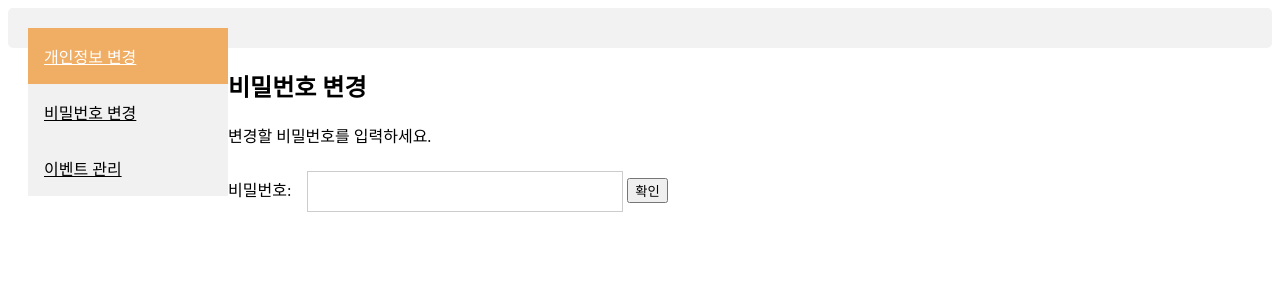
Repository: kdw0937/UdongProject
Page: http://localhost/matjib2/jsp/pass.jsp
These files come from the project's save history. The page is drawn as it stood at one moment and after a run of saves; the edit follows.
The browser window is 1280 px wide. The pictures show the whole page.
The page is served by Tomcat 9.

Above is the page before, as saved 2021-01-21 16:13:10.

After the next 2 saves:
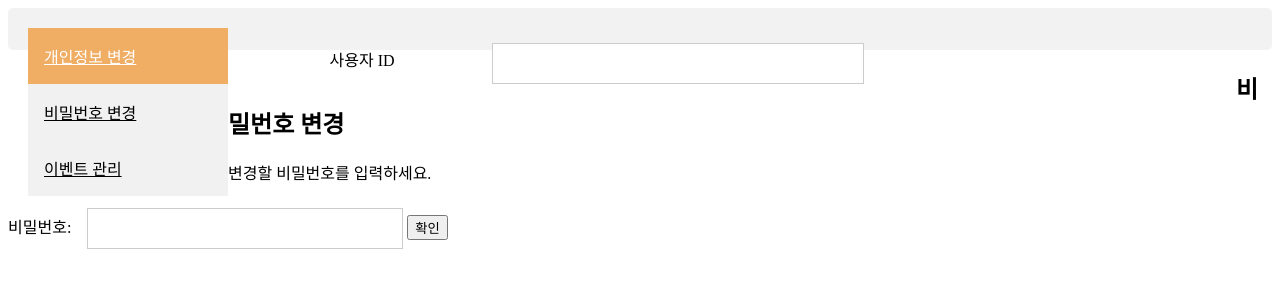
The 2 saves are shown as one change because they came seconds apart.
The last was saved 15 s later.
--- a/matjib2/src/main/webapp/jsp/pass.jsp
+++ b/matjib2/src/main/webapp/jsp/pass.jsp
@@ -23,6 +23,18 @@
 					href="../jsp/password.html">비밀번호 변경</a>
 				<a href="#">이벤트 관리</a>
 			</div>
+			<div class="content">
+		<div class="row">
+			<div class="col-25">
+				<label for="user-id">사용자 ID</label>
+			</div>
+			<div class="col-75">
+				<input type="text" id="user-id" name="user-id" value="${ USER.user_id}" readonly/>
+			</div>
+			</div>
+		</div>
+
+
 		</form>
 	</div>
 
